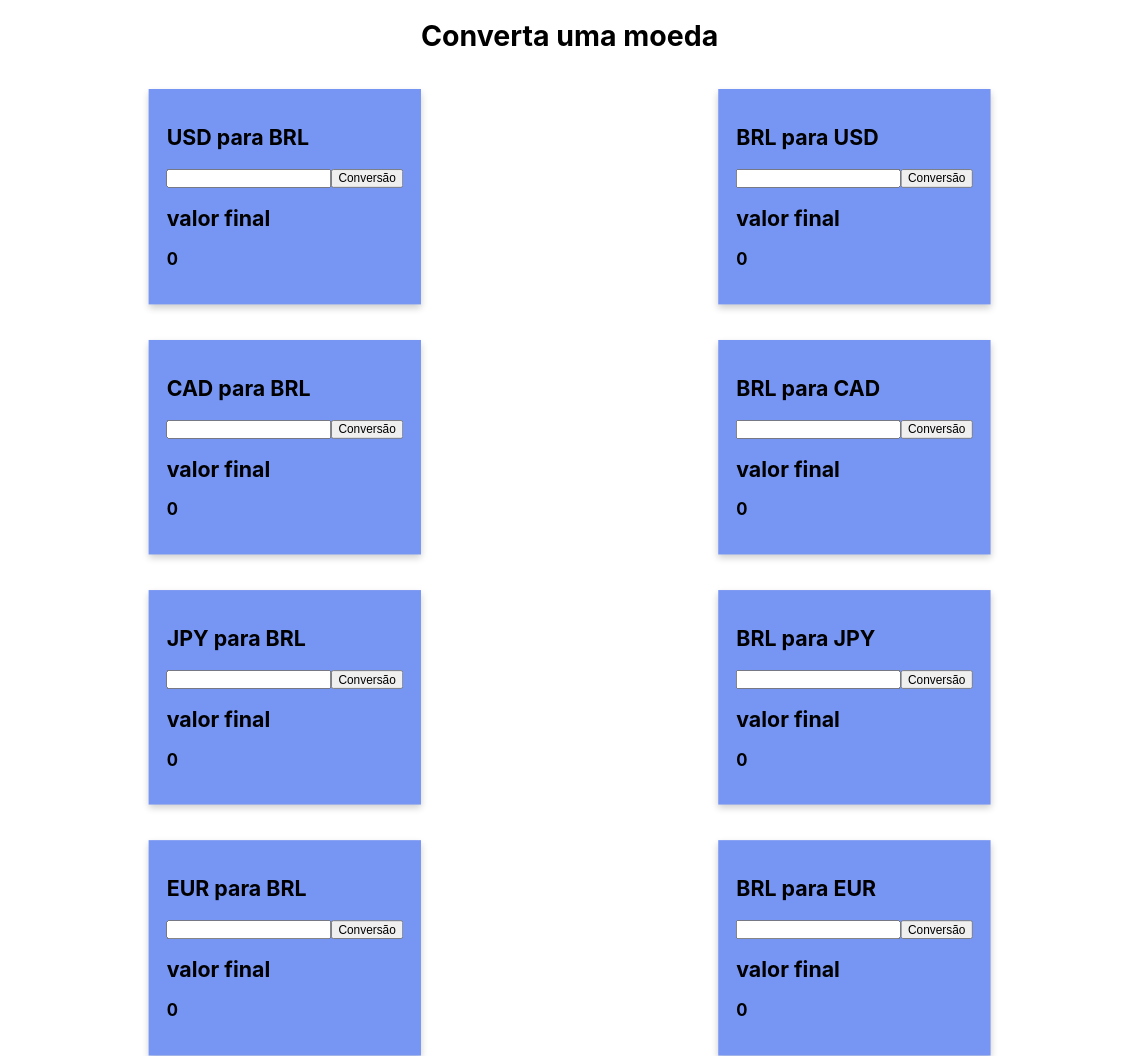
Repository: DeanLemosXD/Currency-converter
Page: /
These files come from the project's save history. The page is drawn as it stood at one moment and after the next save; the edit follows.
The browser window is 1280 px wide. The pictures show the whole page, at 89% of full size.
The project was rebuilt for these pictures with package versions that can differ from the ones it lists, and the page was loaded fresh each time.

Above is the page before, as saved 2021-10-19 18:23:02.

### src/App.js
import './App.css';
import Conversor from './components/Conversor';

function App() {
  return (
    <div className="App">
      <h1>Converta uma moeda</h1>
      <div className="linha">
      <Conversor moedaA="USD" moedaB="BRL"></Conversor>
      <Conversor moedaA="BRL" moedaB="USD"></Conversor>
      </div>
      <div className="linha">
      <Conversor moedaA="CAD" moedaB="BRL"></Conversor>
      <Conversor moedaA="BRL" moedaB="CAD"></Conversor>
      </div>
      <div className="linha">
      <Conversor moedaA="JPY" moedaB="BRL"></Conversor>
      <Conversor moedaA="BRL" moedaB="JPY"></Conversor>
      </div>
      <div className="linha">
      <Conversor moedaA="EUR" moedaB="BRL"></Conversor>
      <Conversor moedaA="BRL" moedaB="EUR"></Conversor>
      </div>
    </div>
  );
}

export default App;

### src/App.css
.linha{
    display:flex;
    margin-top:  40px;
    justify-content: space-around;

}

h1{

    text-align: center;
}

.app{
    margin: auto;
    max-width: 900px;
    background-color: saddlebrown;
}

### src/components/Conversor.js
import React, { Component } from 'react'
import './conversor.css'
export default class Conversor extends Component {

    // eslint-disable-next-line no-useless-constructor
    constructor(props){
        super(props);

        this.state = {
            moedaA_Valor:"",
            moedaB_Valor:0,

        }

        this.converter = this.converter.bind(this)
    }

    converter(){

        let de_para = `${this.props.moedaA}_${this.props.moedaB}`;
        let url = `http://free.currconv.com/api/v7/convert?q=${de_para}&compact=ultra&apiKey=0d7e32903cad9cf7460c`
        //console.log(url)
        fetch(url).then(res=>{
            return res.json()
        })
        .then(json=>{

            let cotacao = json[de_para];
            let moedaB_Valor = (parseFloat(this.state.moedaA_Valor) * cotacao).toFixed(2)
            this.setState({moedaB_Valor})
        })
    }
    render(){
        return (
            <div className="conversor">
                <h2>{this.props.moedaA} para {this.props.moedaB}</h2>
                <input type="text" onChange={(event)=>{this.setState({moedaA_Valor:event.target.value})}}></input>
                <input type="button" value="Conversão" onClick={this.converter}></input>
                <h2>valor final</h2>
                <h3>{this.state.moedaB_Valor}</h3>
            </div>
        )
    }
}

### src/components/conversor.css
.conversor{
        padding: 20px;
        max-width: 300px;
        box-shadow: 0 4px 8px 0 rgba(0, 0, 0, 0.2);
        background-color: rgb(119, 150, 243);
}

Loaded but not shown: public/index.html (common file); src/index.js (common file); src/index.css (common file); src/reportWebVitals.js (common file)

After the next save:
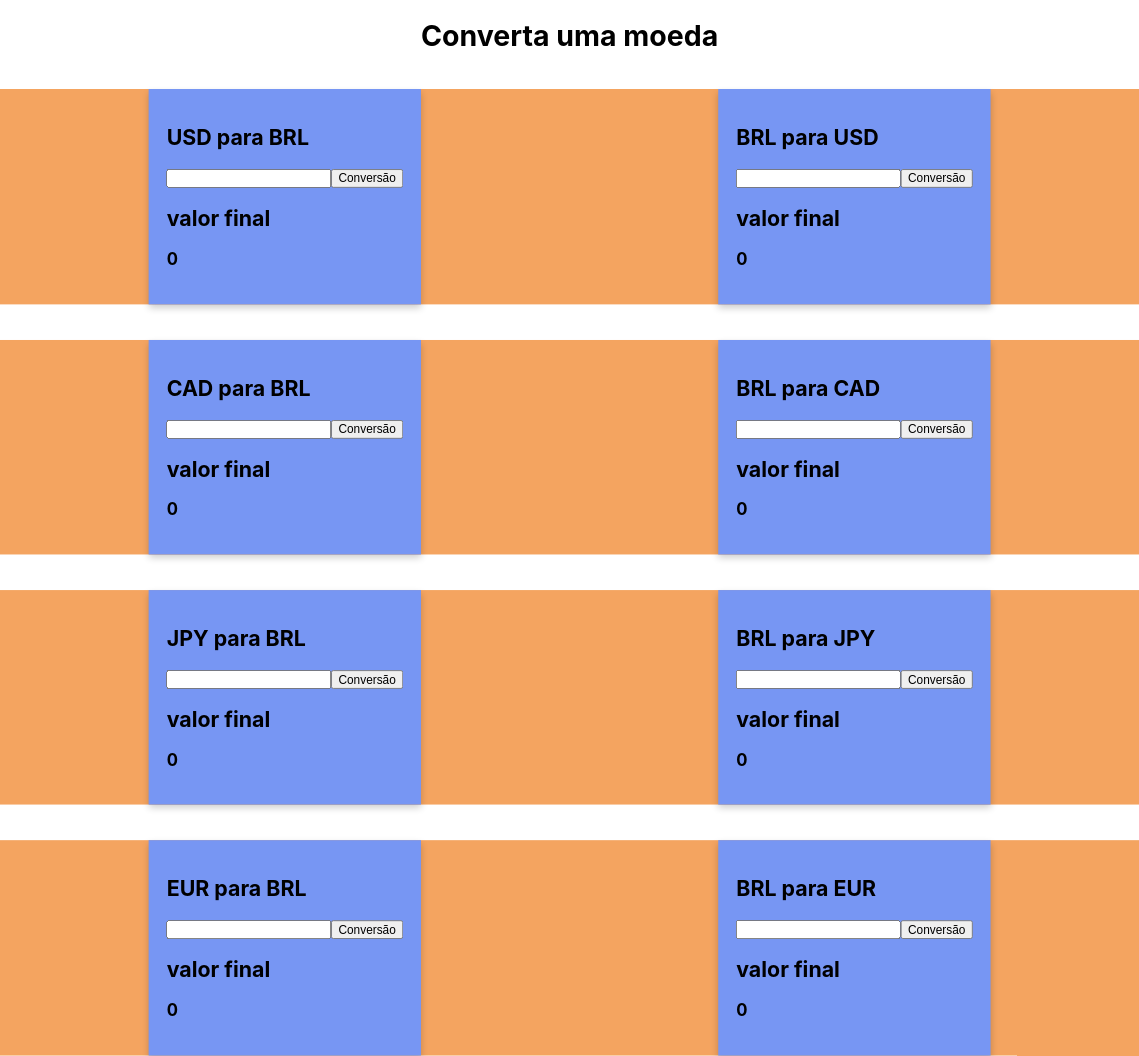
Saved 9 s later.
--- a/src/App.css
+++ b/src/App.css
@@ -2,7 +2,7 @@
     display:flex;
     margin-top:  40px;
     justify-content: space-around;
-
+background-color: sandybrown;
 }
 
 h1{
@@ -13,5 +13,4 @@ h1{
 .app{
     margin: auto;
     max-width: 900px;
-    background-color: saddlebrown;
 }
